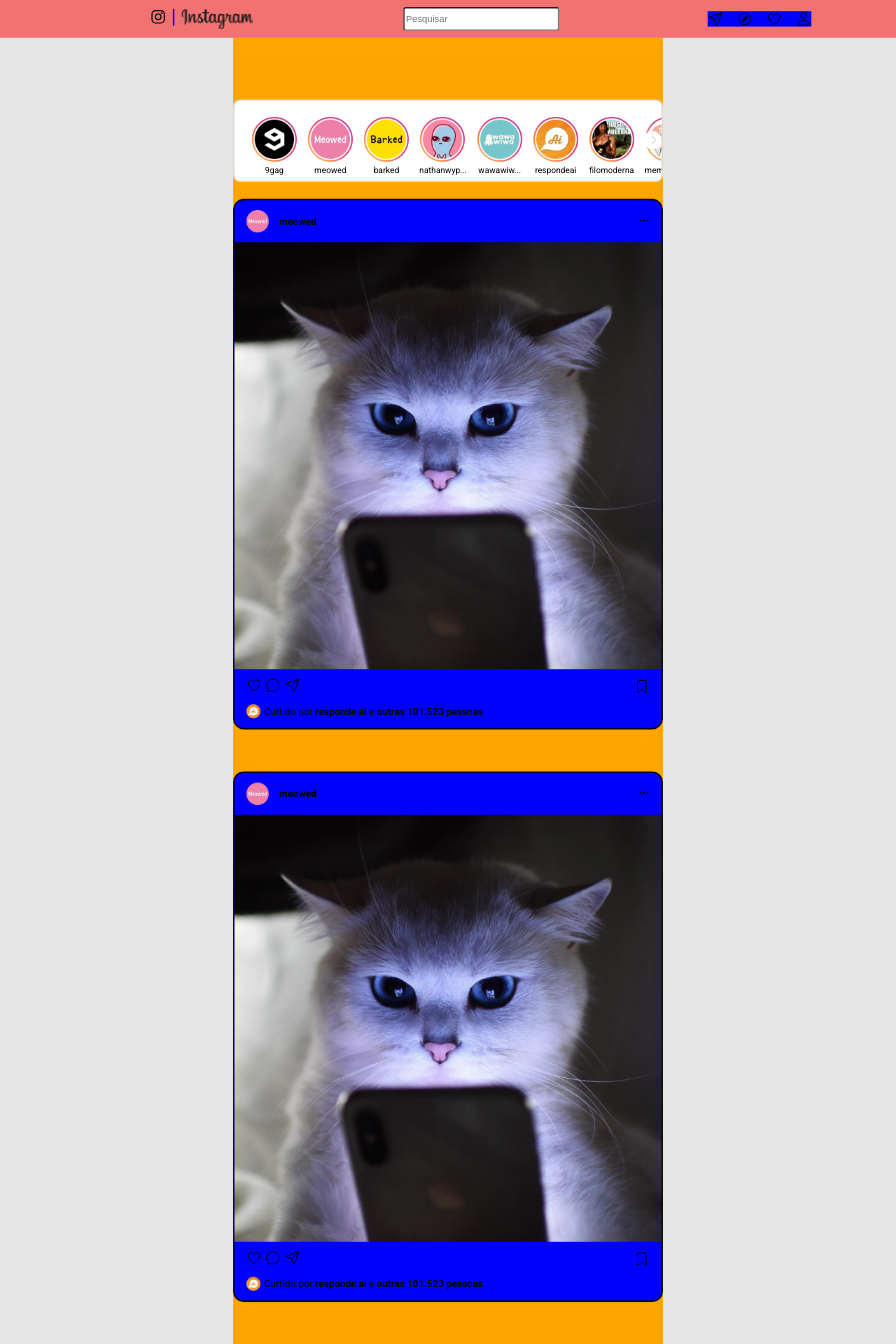
Repository: Zezinoo/proj-2-instagram-clone
Page: index.html
The author's editor kept a copy of each file at every save. The page is drawn from the files as they stood at one save, then again after the next save.
The browser window is 1280 px wide. The pictures show the part of the page from y = 0 to 1920 px (the page is 2738 px tall), at 70% of full size.
Some web libraries are served in a nearby version.

Above is the page before, as saved 2022-06-04 21:16:38.

After the next save:
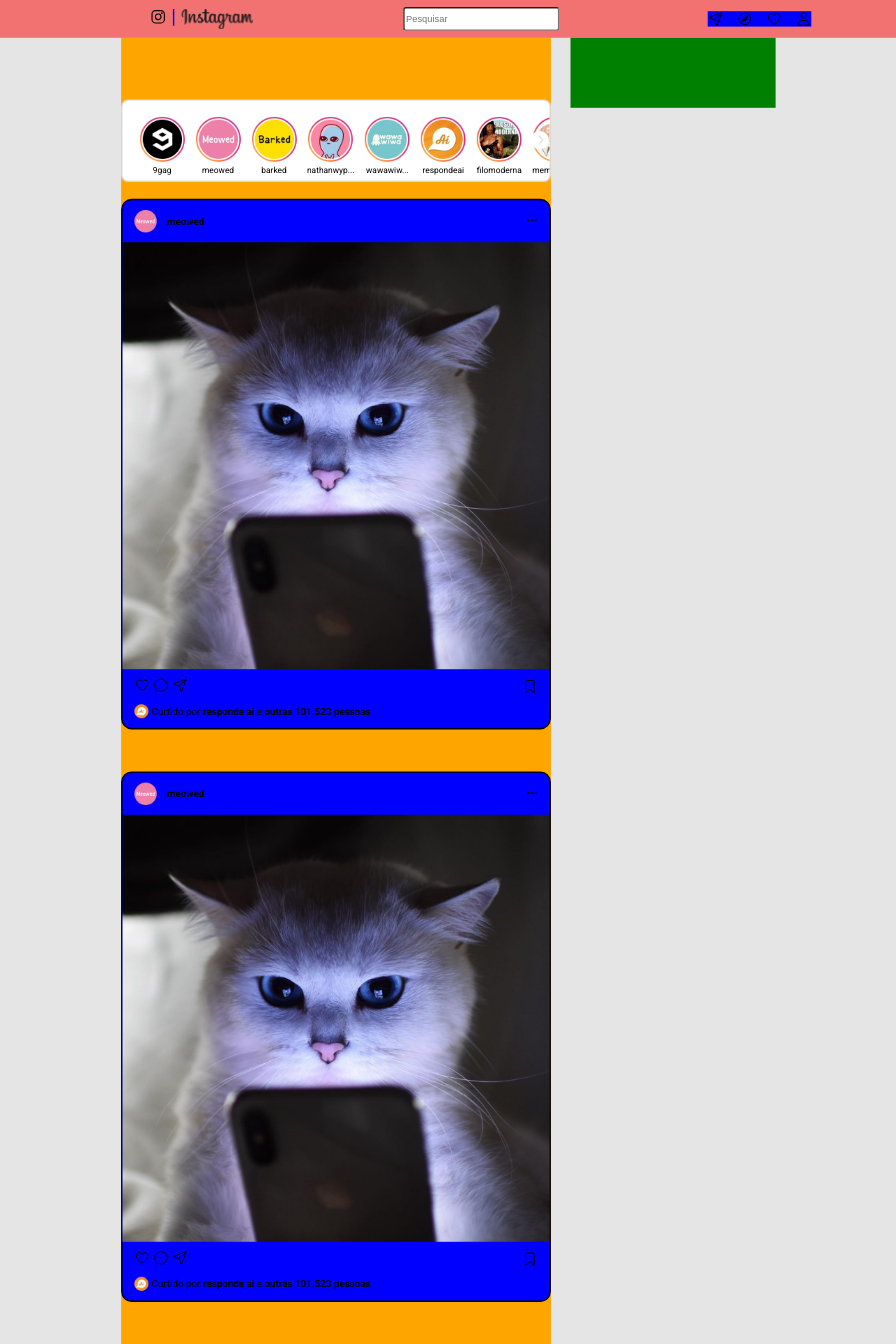
Saved 14 s later.
--- a/index.html
+++ b/index.html
@@ -206,7 +206,7 @@
             </div>
         </div>
     </div>
-    <div class="verde">
+    <div class="sidebar">
 
     </div>
 </div>
